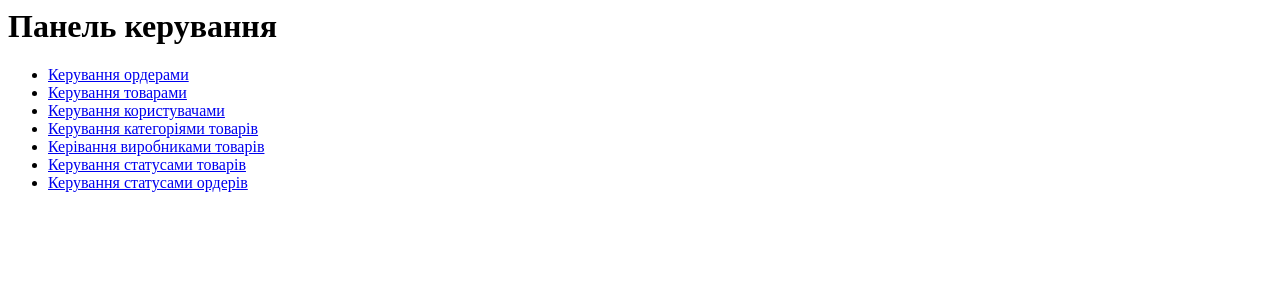
Repository: Zed180881/Zed_repo
Page: http://localhost/eShop/WEB-INF/views/adminPanel/adminPanel.jsp
An editor plug-in stored every save of this project. The page is shown before and after the next save, followed by the edit.
The browser window is 1280 px wide. The pictures show the whole page.
The page is served by Tomcat 9. Nobody is signed in. Other server files are loaded and not shown. The template is opened directly, without the code that normally fills it, so the values that code supplies are empty.

Above is the page before, as saved 2016-08-25 16:33:05.

### JavaProj/eShop/src/main/webapp/WEB-INF/views/adminPanel/adminPanel.jsp
<%@ page language="java" contentType="text/html; charset=UTF-8"	pageEncoding="UTF-8"%>
<%@ taglib uri="http://www.springframework.org/tags/form" prefix="form"%>

<title>EShop панель керування </title>

	<h1>Панель керування</h1>
	<ul>
		<li><a href="/admin/order">Керування ордерами</a></li>
		<li><a href="/admin/commodity">Керування товарами</a></li>
		<li><a href="/admin/user">Керування користувачами</a></li>
		<li><a href="/admin/category">Керування категоріями товарів</a></li>
		<li><a href="/admin/producer">Керівання виробниками товарів</a></li>
		<li><a href="/admin/comstatus">Керування статусами товарів</a></li>
		<li><a href="/admin/ordstatus">Керування статусами ордерів</a></li>
	</ul>

After the next save:
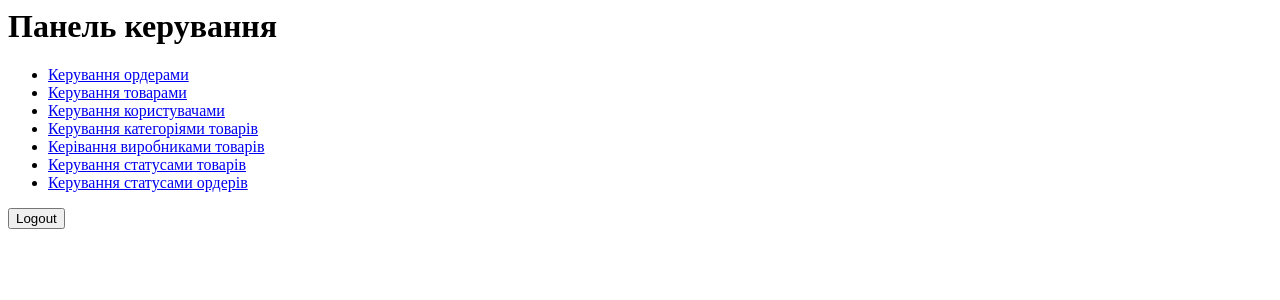
Saved 14 s later.
--- a/JavaProj/eShop/src/main/webapp/WEB-INF/views/adminPanel/adminPanel.jsp
+++ b/JavaProj/eShop/src/main/webapp/WEB-INF/views/adminPanel/adminPanel.jsp
@@ -13,3 +13,6 @@
 		<li><a href="/admin/comstatus">Керування статусами товарів</a></li>
 		<li><a href="/admin/ordstatus">Керування статусами ордерів</a></li>
 	</ul>
+	<form:form action="/logout" method="post">
+		<input type="submit" value="Logout">
+	</form:form>
